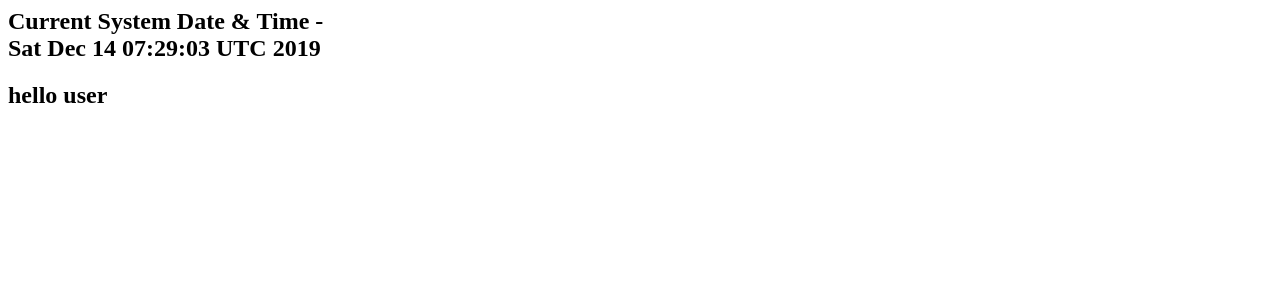
Repository: 81akshucaptain/TY_CG_HTD_BangloreNovember_JFS_AkahaykumarAgasanalli
Page: http://localhost/mywebapp/include
The author's editor kept a copy of each file at every save. The page is drawn from the files as they stood at one save, then again after the next save.
The browser window is 1280 px wide. The pictures show the whole page.
The page is served by Tomcat 9. Other server files are loaded and not shown.

Above is the page before, as saved 2019-12-16 10:29:46.

### Akshay-BACK end codes/Servlet/mywebapp/src/main/java/com/capgemini/mywebapp/servlets/IncludeServlet.java
package com.capgemini.mywebapp.servlets;

import java.io.IOException;
import java.io.PrintWriter;

import javax.servlet.RequestDispatcher;
import javax.servlet.ServletException;
import javax.servlet.annotation.WebServlet;
import javax.servlet.http.HttpServlet;
import javax.servlet.http.HttpServletRequest;
import javax.servlet.http.HttpServletResponse;
@WebServlet("/include")
public class IncludeServlet extends HttpServlet {
	@Override
	protected void doGet(HttpServletRequest req, HttpServletResponse resp) throws ServletException, IOException {
		String url="./currentDate";

		RequestDispatcher  dispatcher=req.getRequestDispatcher(url);
		dispatcher.include(req, resp);

		resp.setContentType("text/html");
		PrintWriter out=resp.getWriter();
		out.print("<html>");
		out.print("<body>");
		out.print("<h2>hello user</h2> <br> ");
		out.print("</body>");
		out.print("</html>");



	}
}

After the next save:
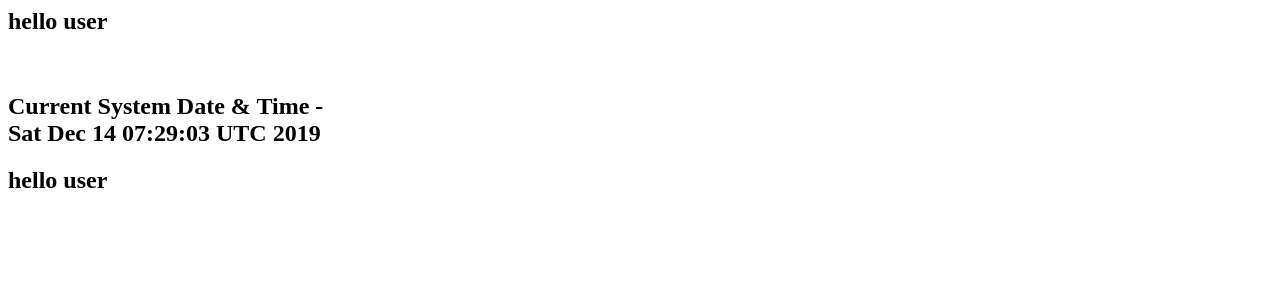
Saved 32 s later.
--- a/Akshay-BACK end codes/Servlet/mywebapp/src/main/java/com/capgemini/mywebapp/servlets/IncludeServlet.java
+++ b/Akshay-BACK end codes/Servlet/mywebapp/src/main/java/com/capgemini/mywebapp/servlets/IncludeServlet.java
@@ -15,18 +15,21 @@ public class IncludeServlet extends HttpServlet {
 	protected void doGet(HttpServletRequest req, HttpServletResponse resp) throws ServletException, IOException {
 		String url="./currentDate";
 
-		RequestDispatcher  dispatcher=req.getRequestDispatcher(url);
-		dispatcher.include(req, resp);
-
-		resp.setContentType("text/html");
+				resp.setContentType("text/html");
 		PrintWriter out=resp.getWriter();
 		out.print("<html>");
 		out.print("<body>");
+		out.print("<h2>hello user</h2> <br> ");
+
+		RequestDispatcher  dispatcher=req.getRequestDispatcher(url);
+		dispatcher.include(req, resp);
 		out.print("<h2>hello user</h2> <br> ");
 		out.print("</body>");
 		out.print("</html>");
 
 
 
+
+
 	}
 }
